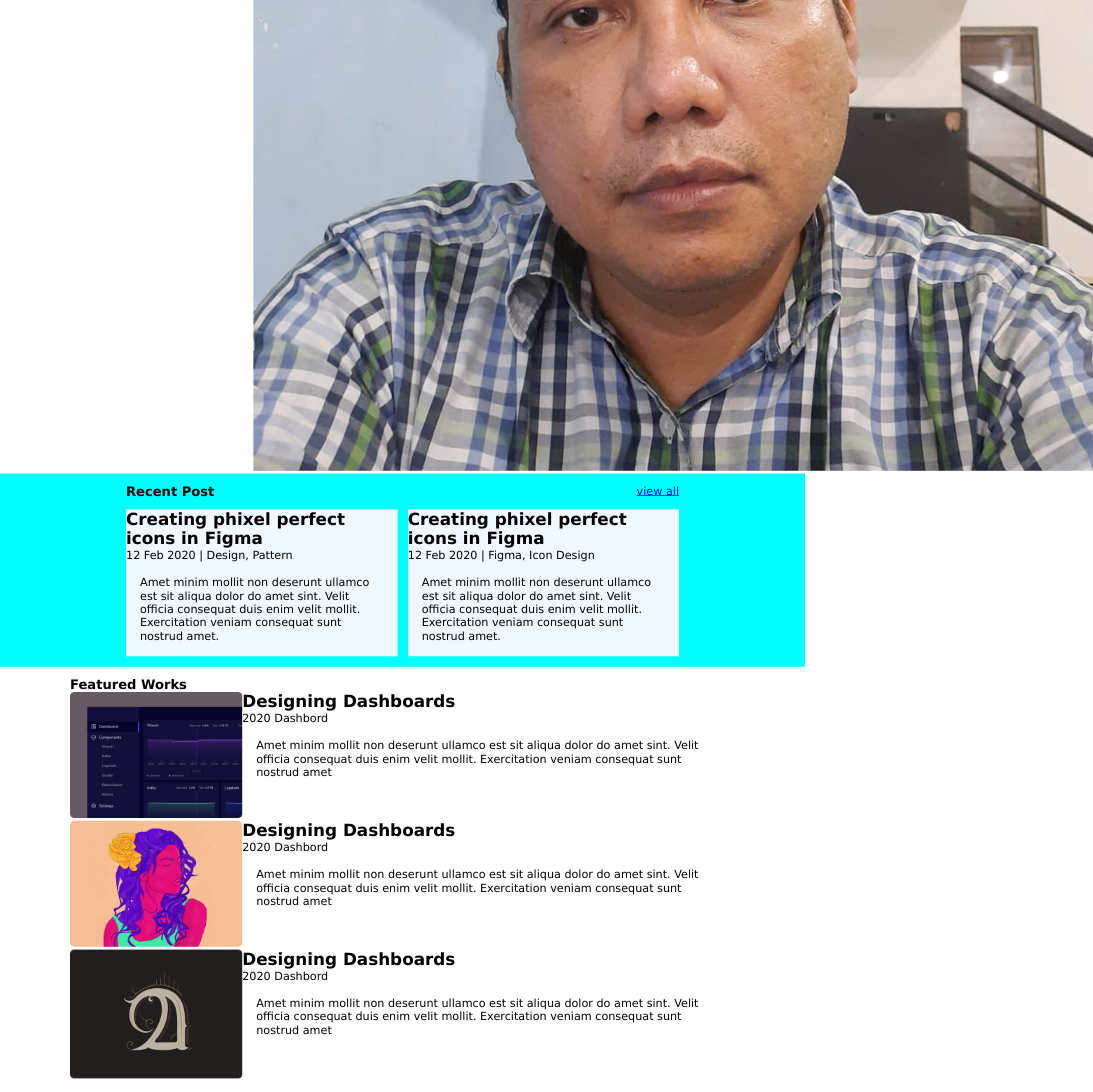
Repository: jafetdn73/portofolio
Page: index.html
The author's editor kept a copy of each file at every save. The page is drawn from the files as they stood at one save, then again after the next save.
The browser window is 1280 px wide. The page is 1562 px wide, so the pictures cover 1562 px, including what lies to the right of the window. The pictures show the part of the page from y = 721 to 2281 px (the page is 2281 px tall), at 70% of full size.

Above is the page before, as saved 2022-02-23 09:42:44.

After the next save:
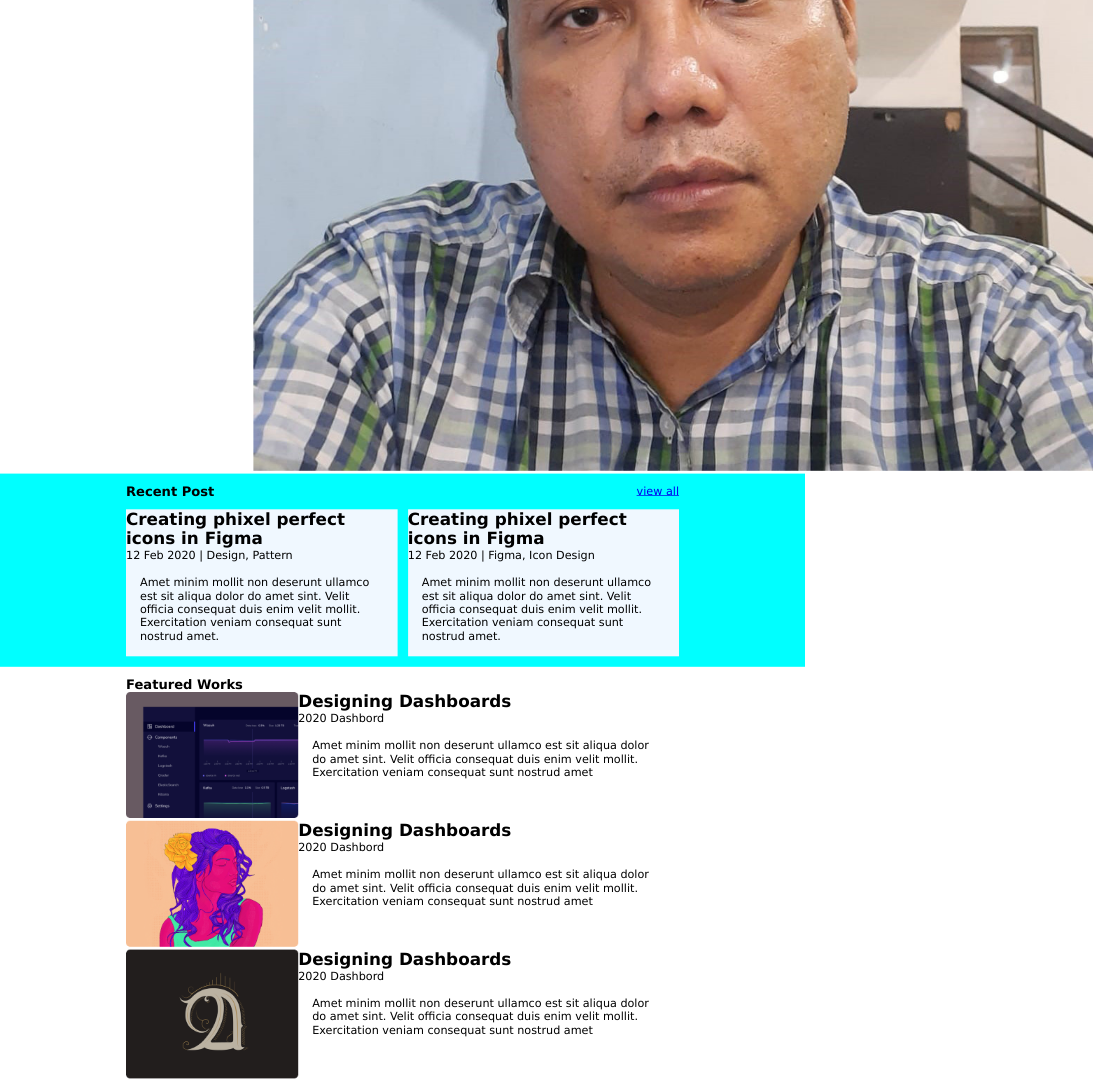
Saved 20 s later.
--- a/figma.css
+++ b/figma.css
@@ -75,7 +75,7 @@
 
 /* Start Featured */
 .featured {
-    margin : 15px 100px;
+    margin : 15px 180px;
     gap:15px;
 }
 
